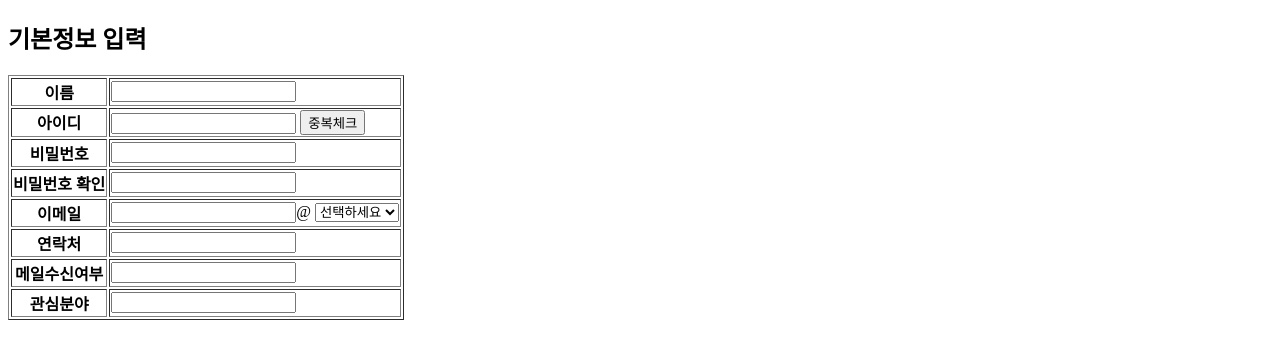
Repository: jinaa11/Kcc_Web
Page: Html/WebContent/mission3.html
The author's editor kept a copy of each file at every save. The page is drawn from the files as they stood at one save, then again after the next save.
The browser window is 1280 px wide. The pictures show the whole page.

Above is the page before, as saved 2024-07-08 06:22:58.

After the next save:
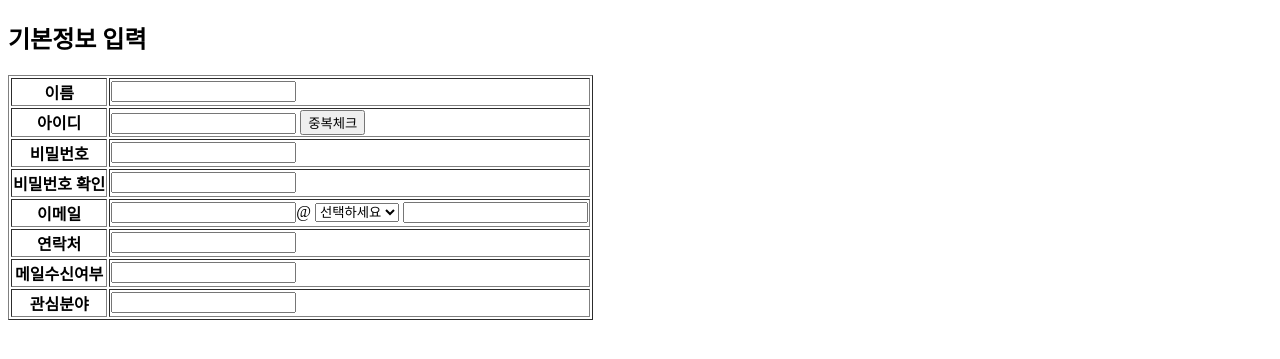
Saved 34 s later.
--- a/Html/WebContent/mission3.html
+++ b/Html/WebContent/mission3.html
@@ -43,6 +43,7 @@
 						<option value="daum">daum.net</option>
 						<option value="gmail">gmail.com</option>
 					</select>
+					<input type="text" name="etc_email">
 				</td>
 			</tr>
 			<tr>
